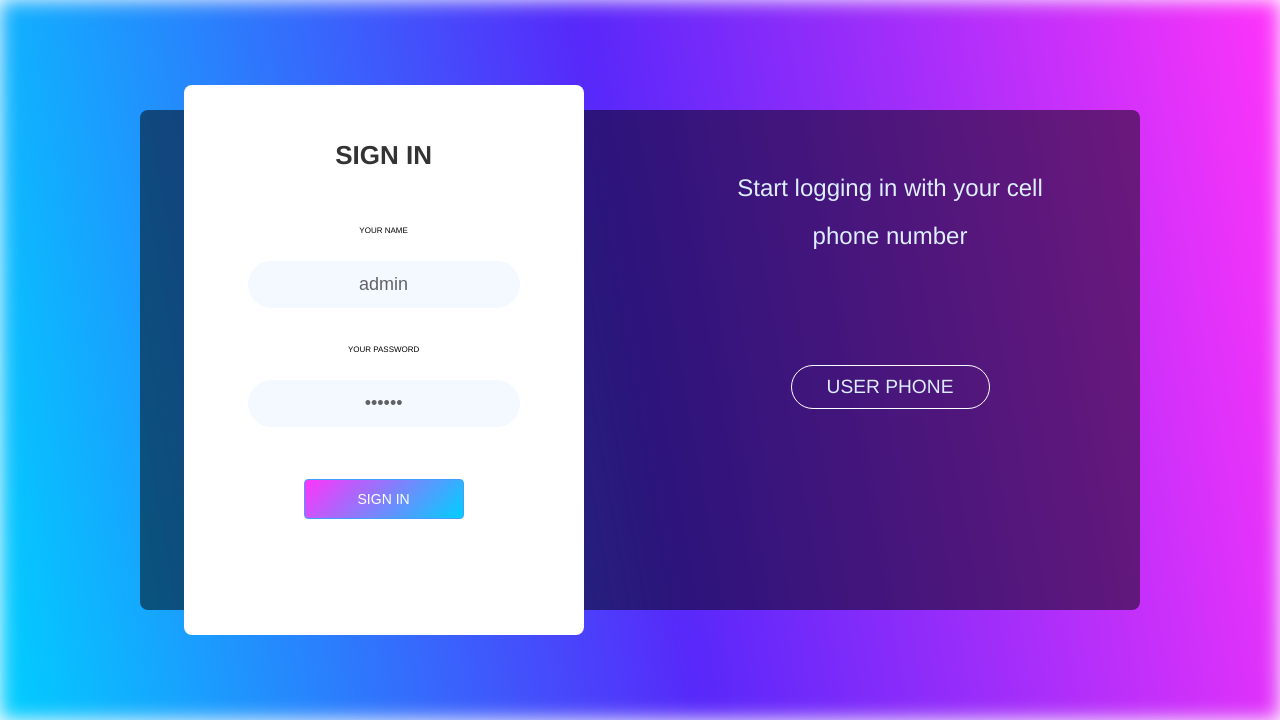
Repository: chunkpig/vue-admin
Page: /
The author's editor kept a copy of each file at every save. The page is drawn from the files as they stood at one save, then again after the next save.
The browser window is 1280 px wide. The pictures show the whole page.
The project was rebuilt for these pictures with package versions that can differ from the ones it lists, and the page was loaded fresh each time. Also part of the build but not shown: vue.config.js.

Above is the page before, as saved 2020-12-07 10:04:54.

### public/index.html
<!DOCTYPE html>
<html lang="en">
  <head>
    <meta charset="utf-8">
    <meta http-equiv="X-UA-Compatible" content="IE=edge">
    <meta name="renderer" content="webkit">
    <meta name="viewport" content="width=device-width, initial-scale=1, maximum-scale=1, user-scalable=no">
    <link rel="icon" href="<%= BASE_URL %>favicon.ico">
    <title><%= webpackConfig.name %></title>
  </head>
  <body>
    <div id="app"></div>
  </body>
</html>

### src/main.js
import Vue from "vue";
import App from "./App.vue";
import router from "./router";
import store from "./store";

import Element from 'element-ui'
import 'element-ui/lib/theme-chalk/index.css';
import '@/styles/index.scss'
import './icons'
Vue.config.productionTip = false;
Vue.use(Element)
// Vue.use(Element, {
//   size: Cookies.get('size') || 'medium', // set element-ui default size
//   locale: enLang // 如果使用中文，无需设置，请删除
// })
new Vue({
  router,
  store,
  render: h => h(App)
}).$mount("#app");

### src/router/index.js
import Vue from "vue";
import VueRouter from "vue-router";
import Login from '../views/login/index.vue'
Vue.use(VueRouter);

const routes = [
  {
    path: "/",
    name: "Login",
    component: Login
  },
];

const router = new VueRouter({
  routes
});

export default router;

### src/styles/index.scss
body {
    height: 100%;
    margin: 0;
    -moz-osx-font-smoothing: grayscale;
    -webkit-font-smoothing: antialiased;
    text-rendering: optimizeLegibility;
    font-family: Helvetica Neue, Helvetica, PingFang SC, Hiragino Sans GB, Microsoft YaHei, Arial, sans-serif;
}

html {
    height: 100%;
    box-sizing: border-box;
}

#app {
    height: 100%;
}

### src/icons/index.js
import Vue from 'vue'
import SvgIcon from '@/components/SvgIcon'// svg component

// register globally
Vue.component('svg-icon', SvgIcon)

const req = require.context('./svg', false, /\.svg$/)
const requireAll = requireContext => requireContext.keys().map(requireContext)
requireAll(req)

### src/views/login/index.vue
<!--  -->
<template>
<div id='Login'>
    <div class="login-bg"></div>
    <div class="login-conbg" :class="animconbgShow?'leftanimconbg':'rightanimconbg'">
        <sing-up v-show="!animconbgShow" class='sign-conbg' :class="animconbgShow?'animsign':''" />
        <user-phont v-show="animconbgShow" class='sign-conbg' :class="animconbgShow?'':'animsign'" />
    </div>
    <div class="login-container">
        <!-- <transition name="animcontainer"> -->
        <div class="container" :class="animconbgShow?'':'animcontainer'">
                <p class="p-container">Log in with your account password</p>
                <div class="button-container" @click="animconbgShow =!animconbgShow">
                    SIGN IN
                </div>

        </div>
         <!-- </transition> -->
         <!-- <transition name="animcontainer"> -->
        <div class="container" :class="animconbgShow?'animcontainer':''" >
                <p class="p-container">Start logging in with your cell phone number</p>
                <div class="button-container" @click="animconbgShow =!animconbgShow">
                    USER PHONE
                </div>

        </div>
        <!-- </transition> -->
    </div>

</div>
</template>

<script>
//这里可以导入其他文件（比如：组件，工具js，第三方插件js，json文件，图片文件等等）
//例如：import 《组件名称》 from '《组件路径》';
import SingUp from './components/singup'
import UserPhont from './components/UserPhont'
export default {
//name放入模板名,方便在其他地方引用
name: '',
//import引入的组件需要注入到对象中才能使用
components: {SingUp,UserPhont},
data() {
//这里存放数据
return {
    animconbgShow:false
};
},
//监听属性 类似于data概念
computed: {

},
//生命周期 - 创建完成（可以访问当前this实例）
created() {

},
//生命周期 - 挂载完成（可以访问DOM元素）
mounted() {

},
//方法集合
methods: {

},
//监控data中的数据变化
watch: {

},
//如果页面有keep-alive缓存功能，这个函数会触发
activated() {

},
}
</script>
<style lang="scss" scoped>
$bg:rgba(0,0,0,0.5);
$conbg:rgba(255,255,255,1);
$clortext:#def;
$cursor: #333;
#Login{
    position: relative;
    width: 100%;
    height: 100%;
    overflow: hidden;
    .login-bg{
        width: 100%;
        height: 100%;
        background: linear-gradient(80deg,#00CFFF,#5828FA,#FF34FA);
        filter: blur(10px);
        z-index: -1;
    }
    .login-conbg{
        position: absolute;
        top: 50%;
        left: 37%;
        width: 400px;
        height: 550px;
        // max-width: 25%;
        // max-height: 70%;
        display: flex;
        align-items: center;
        justify-content: center;
        transform: translate(-50%,-50%);
        background: $conbg;
        backdrop-filter: blur(10px);
        border-radius: 8px;
        z-index: 1;
        transition:transform 1s ease-out;
        overflow: hidden;
        .sign-conbg{
            transition: opacity 1s ease-in-out;
        }
        .animsign{
            opacity: 0;
        }

    }
    .login-container{
        position: absolute;
        top: 50%;
        left: 50%;
        transform: translate(-50%,-50%);
        width: 1000px;
        height: 500px;
        // max-width: 55%;
        // max-height: 55%;
        display: flex;
        justify-content: space-around;
        // align-items: center;
        background: $bg;
        border-radius: 8px;
        z-index: 0;
        .container{
            width:350px;
            max-width: 45%;
            padding: 30px;
            color: $clortext;
            overflow: hidden;
            // opacity: 1;
            transition: opacity 1s ease-out;
            .p-container{
                font-size: 1.5rem;
                text-align: center;
                line-height: 3rem;
                // padding: 0 10px;
            }
            .button-container{
                width: 42%;
                margin: 30% auto 0;
                padding: 10px 25px;
                text-align: center;
                border-radius: 30px;
                font-size: 1.2rem;
                border: 1px solid #fff;
                // border-image: linear-gradient(#00CFFF, #FF34FA) 20 20;
                cursor: pointer;
            }
        }
        .animcontainer{
            opacity: 0;
        }
    }
    .leftanimconbg{
         transform: translate(250px,-50%);
    }
    .rightanimconbg{
         transform: translate(-290px,-50%);
    }
   .animcontainer-enter-active, .animcontainer-leave-active {
        // opacity: 1;
        // transition: opacity 1s;
         transition:opacity 3s ease-out;
    }
    .animcontainer-enter, .animcontainer-leave-to /* .fade-leave-active below version 2.1.8 */ {

        // transition: all 1s;
         opacity: 0;
    }
}
</style>

### src/components/SvgIcon/index.vue
<template>
  <svg :class="svgClass" aria-hidden="true" v-on="$listeners">
    <use :xlink:href="iconName" />
  </svg>
</template>

<script>
export default {
  name: 'SvgIcon',
  props: {
    iconClass: {
      type: String,
      required: true
    },
    className: {
      type: String,
      default: ''
    }
  },
  computed: {
    iconName() {
      return `#icon-${this.iconClass}`
    },
    svgClass() {
      if (this.className) {
        return 'svg-icon ' + this.className
      } else {
        return 'svg-icon'
      }
    }
  }
}
</script>

<style scoped>
.svg-icon {
  width: 1em;
  height: 1em;
  vertical-align: -0.15em;
  fill: currentColor;
  overflow: hidden;
}

.svg-external-icon {
  background-color: currentColor;
  mask-size: cover!important;
  display: inline-block;
}
</style>

### src/views/login/components/singup.vue
<template>
        <el-form ref="loginForm" :model="loginForm" :rules="loginRules" class="login-account" autocomplete="on" label-position="left">
            <div class="title-account">
                <h3 class="title">SIGN IN</h3>
            </div>
            <el-form-item prop="username" class="form-elitem">
                <span class="form-span">YOUR NAME</span>
                <el-input
                    ref="username"
                    v-model="loginForm.username"
                    placeholder="Username"
                    name="username"
                    type="text"
                    tabindex="1"
                    size='mini'
                    autocomplete="on"
                />
            </el-form-item>
            <el-form-item prop="password" class="form-elitem">
                 <span class="form-span">YOUR PASSWORD</span>
                <el-input
                    :key="passwordType"
                    ref="password"
                    v-model="loginForm.password"
                    :type="passwordType"
                    placeholder="Password"
                    name="password"
                    tabindex="2"
                    autocomplete="on"
                    @keyup.enter.native="handleLogin"
                />
                <span class="show-pwd" @click="showPwd">
                    <svg-icon :icon-class="passwordType === 'password' ? 'eye' : 'eye-open'" />
                </span>
            </el-form-item>
            <el-button :loading="loading" type="primary" class="form-buttom"  @click.native.prevent="handleLogin">SIGN IN</el-button>
        </el-form>
</template>
<script>
export default {
    data(){
        return {
            loginForm:{
                username: "admin",
                password: '111111'
            },
            loginRules: {
                // username: [ { required: true, trigger: 'blur', validator: validateUsername }],
                // password: [{ required: true, trigger: 'blur', validator: validatePassword }]
            },
            passwordType: 'password',
            loading: false,
        }
    },
    methods:{
        showPwd(){
            if (this.passwordType === 'password') {
                this.passwordType = ''
            } else {
                this.passwordType = 'password'
            }
            this.$nextTick(() => {
                this.$refs.password.focus()
            })
        },
        handleLogin(){

        }
    }

}
</script>
<style lang="scss" scoped>
$light_gray:#333;
$dark_gray:#889aa4;
.login-account{
        width: 80%;
        max-width: 100%;
        height: 80%;
        display: flex;
        flex-direction: column;
        align-items: center;
        box-sizing: border-box;
        overflow: hidden;
        .title-account {
            position: relative;
            .title {
                font-size: 26px;
                color: $light_gray;
                margin: 0px auto 40px auto;
                text-align: center;
                font-weight: bold;
            }
        }
        .show-pwd {
            position: absolute;
            right: 10px;
            top: 55px;
            font-size: 16px;
            color: $dark_gray;
            cursor: pointer;
            user-select: none;
        }
        .form-span{
            display: inherit;
            font-size: 0.5rem;
            text-align: center;
            margin: 0 auto 10px;
        }
        .form-buttom{
            width:50%;
            margin:30px auto;
            background: linear-gradient(-45deg,#00CFFF,#FF34FA);
            &:hover{
                background: linear-gradient(45deg,#00CFFF,#FF34FA);
            }
        }

}
</style>
<style lang="scss">
.login-account{
    .form-elitem{
        width: 85%;
        .el-input__inner{
            background: #F4F9FF;
            width: 100%;
            height: 47px;
            font-size: 18px;
            border-radius: 30px;
            padding: 12px 0px;
            text-align: center;
                // background: transparent;
                border: unset;
        }
        .el-input.is-active .el-input__inner, .el-input__inner:focus{
            background: #fff;
            box-shadow: 0 0 4px #345;
        }

    }
}
</style>

### src/views/login/components/UserPhont.vue
<template>
        <el-form ref="loginForm" :model="loginForm" :rules="loginRules" class="login-userphont" autocomplete="on" label-position="left">
            <div class="title-account">
                <h3 class="title">USER PHONE</h3>
            </div>
            <el-form-item prop="username" class="form-elitem">
                <span class="form-span">YOUR PHONE</span>
                <el-input
                    ref="username"
                    v-model="loginForm.userphone"
                    placeholder="UserPhone"
                    name="phone"
                    type="text"
                    tabindex="1"
                    size='mini'
                    autocomplete="on"
                />
            </el-form-item>
            <el-form-item prop="password" class="form-elitem getcode">
                 <span class="form-span">GET CODE</span>
                 <el-input
                    ref="username"
                    v-model="loginForm.usercode"
                    placeholder="usercode"
                    name="phone"
                    type="text"
                    tabindex="1"
                    size='mini'
                    @change="infocode"
                    autocomplete="on"
                />
                <span class="show-code" :style="codeloding?'background: #F4F9FF':''" @click="showPwd">
                    获取验证码
                </span>
            </el-form-item>
            <el-button :loading="loading" type="primary" class="form-buttom"   @click.native.prevent="handleLogin">LOG IN</el-button>
        </el-form>
</template>
<script>
export default {
    data(){
        return {
            loginForm:{
                userphone: "",
                usercode: ''
            },
            loginRules: {
                // username: [ { required: true, trigger: 'blur', validator: validateUsername }],
                // password: [{ required: true, trigger: 'blur', validator: validatePassword }]
            },
            passwordType: 'password',
            loading: false,
            codeloding:false
        }
    },
    methods:{
        showPwd(){
            // this.$nextTick(() => {
                // console.log(this.codeloding)
                // this.codeloding = !this.codeloding
            // })
        },
        infocode(){
            this.codeloding = !this.codeloding
        },
        handleLogin(){

        }
    }

}
</script>
<style lang="scss" scoped>
$light_gray:#333;
$dark_gray:#889aa4;
.login-userphont{
        width: 80%;
        max-width: 100%;
        height: 80%;
        display: flex;
        flex-direction: column;
        align-items: center;
        box-sizing: border-box;
        overflow: hidden;
        .title-account {
            position: relative;
            .title {
                font-size: 26px;
                color: $light_gray;
                margin: 0px auto 40px auto;
                text-align: center;
                font-weight: bold;
            }
        }
        .show-code{
            position: absolute;
            right: 0px;
            top: 50px;
            height: 27px;
            font-size: 16px;
            color: $dark_gray;
            cursor: pointer;
            user-select: none;
            background: #fff;
            box-shadow: 0 0 4px #345;
            line-height: 27px;
            padding: 10px;
        }
        .form-span{
            display: inherit;
            font-size: 0.5rem;
            text-align: center;
            margin: 0 auto 10px;
        }
        .form-buttom{
            width:50%;
            margin:30px auto;
            background: linear-gradient(-45deg,#00CFFF,#FF34FA);
            &:hover{
                background: linear-gradient(45deg,#00CFFF,#FF34FA);
            }
        }

}
</style>
<style lang="scss">
.login-userphont{
    .form-elitem{
        width: 85%;
        .el-input__inner{
            background: #F4F9FF;
            width: 100%;
            height: 47px;
            font-size: 18px;
            // border-radius: 30px;
            padding: 12px 0px;
            text-align: center;
                // background: transparent;
                border: unset;
        }
        .el-input.is-active .el-input__inner, .el-input__inner:focus{
            background: #fff;
            box-shadow: 0 0 4px #345;
        }

    }
    .getcode{
        .el-input__inner{
            padding-right: 37% !important;
        }
    }
}

</style>

Loaded but not shown: src/App.vue (common file); src/store/index.js (common file)

After the next save:
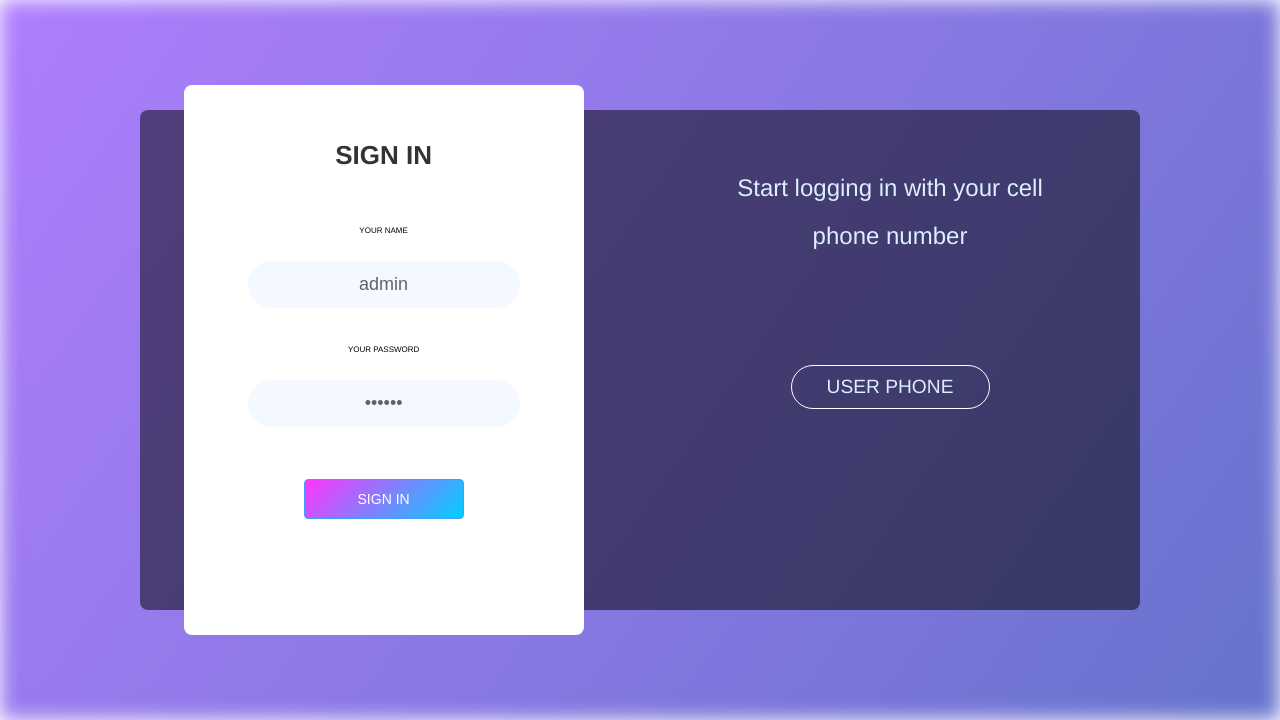
Saved 32 min 28 s later.
--- a/src/views/login/index.vue
+++ b/src/views/login/index.vue
@@ -85,7 +85,7 @@ $cursor: #333;
     .login-bg{
         width: 100%;
         height: 100%;
-        background: linear-gradient(80deg,#00CFFF,#5828FA,#FF34FA);
+        background: linear-gradient(125deg, #AE7DFD, #6673cc);
         filter: blur(10px);
         z-index: -1;
     }
